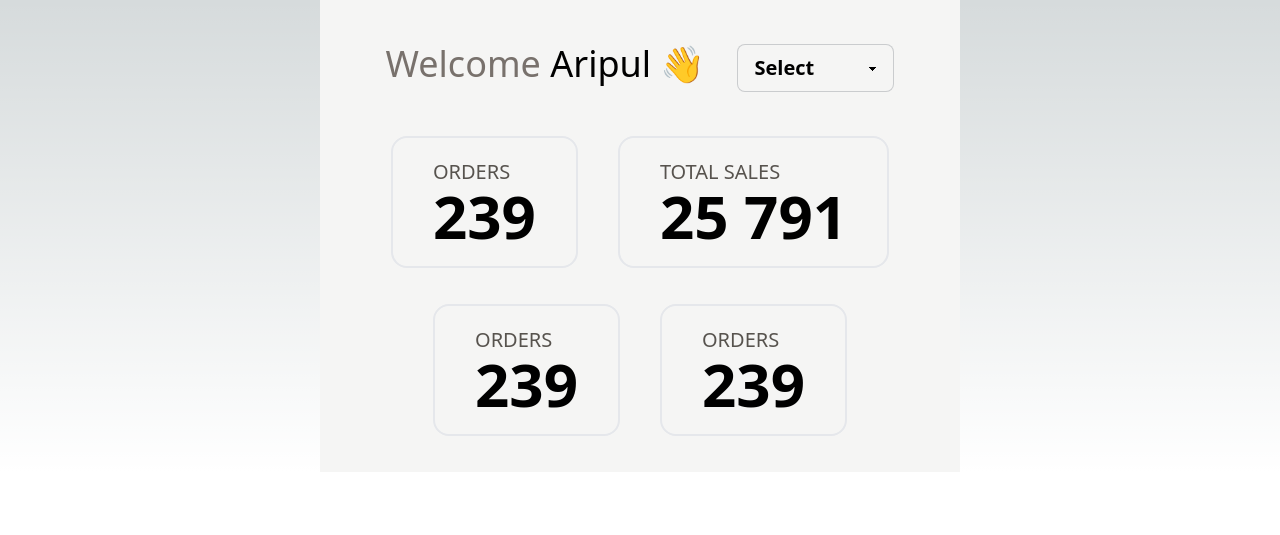
Repository: mehedi9465/nextapp
Page: /Dashboard
These files come from the project's save history. The page is drawn as it stood at one moment and after the next save; the edit follows.
The browser window is 1280 px wide. The pictures show the whole page.
The project was rebuilt for these pictures with package versions that can differ from the ones it lists, and the page was loaded fresh each time. The framework's server and built-in components were replaced by stand-ins that run in the browser. Also part of the build but not shown: next.config.js, Components/Navbar.js.

Above is the page before, as saved 2023-03-04 15:43:59.

After the next save:
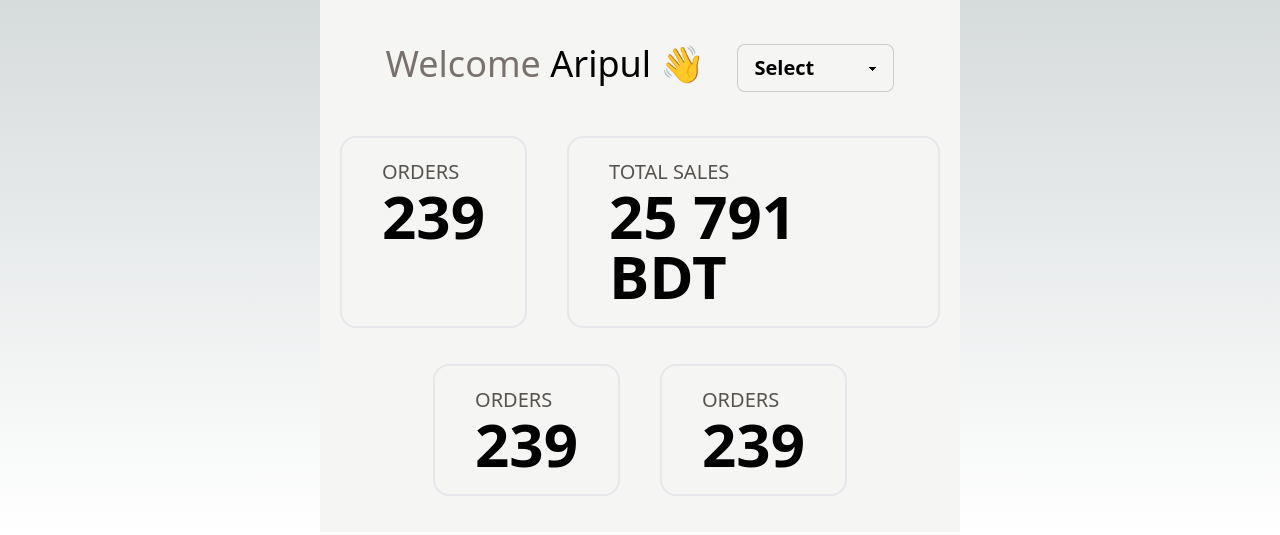
Saved 5 s later.
--- a/pages/Dashboard/index.js
+++ b/pages/Dashboard/index.js
@@ -31,7 +31,7 @@ const index = () => {
             <p className="uppercase text-stone-600 font-normal text-xl">
               Total Sales
             </p>
-            <p className="text-6xl font-bold">25 791 <span></span></p>
+            <p className="text-6xl font-bold">25 791 <span>BDT</span></p>
           </div>
         </div>
         <div className="flex justify-center my-9">
